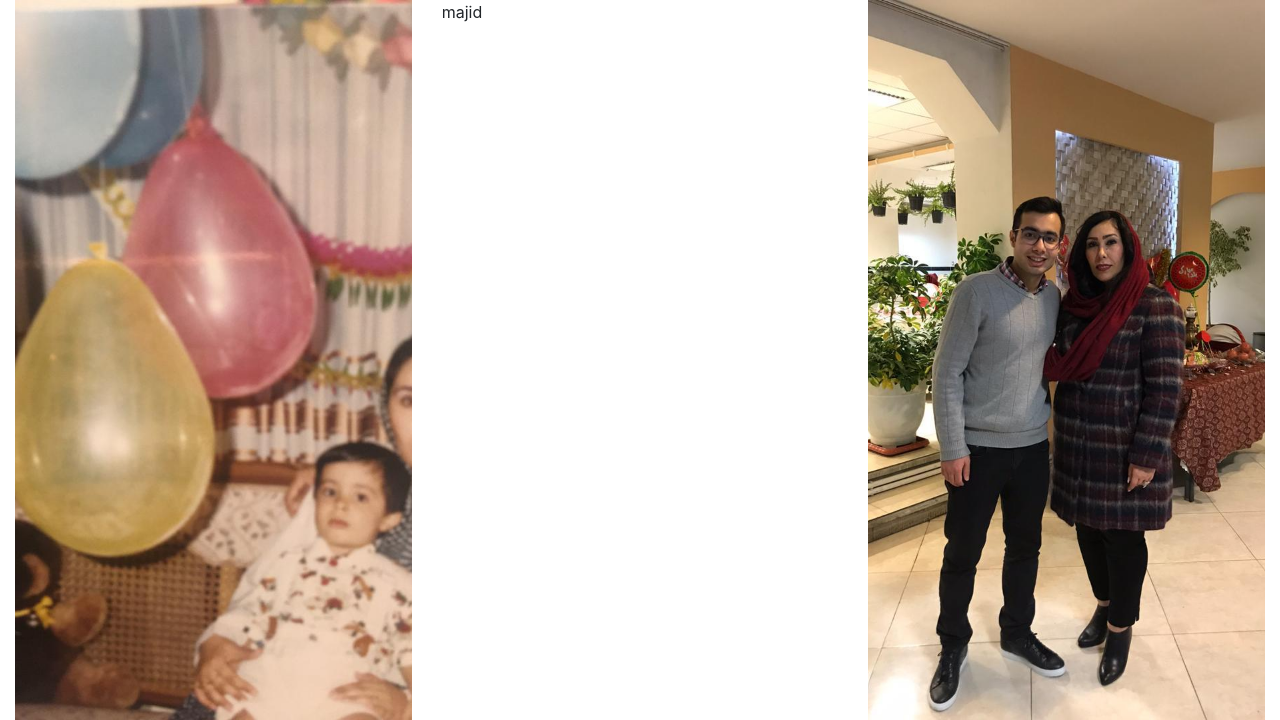
Repository: mirfarzam/mirfarzam.github.io
Page: khalelila/index.html
An editor plug-in stored every save of this project. The page is shown before and after the next save, followed by the edit.
The browser window is 1280 px wide. The pictures show the whole page.

Above is the page before, as saved 2020-04-30 21:12:39.

After the next save:
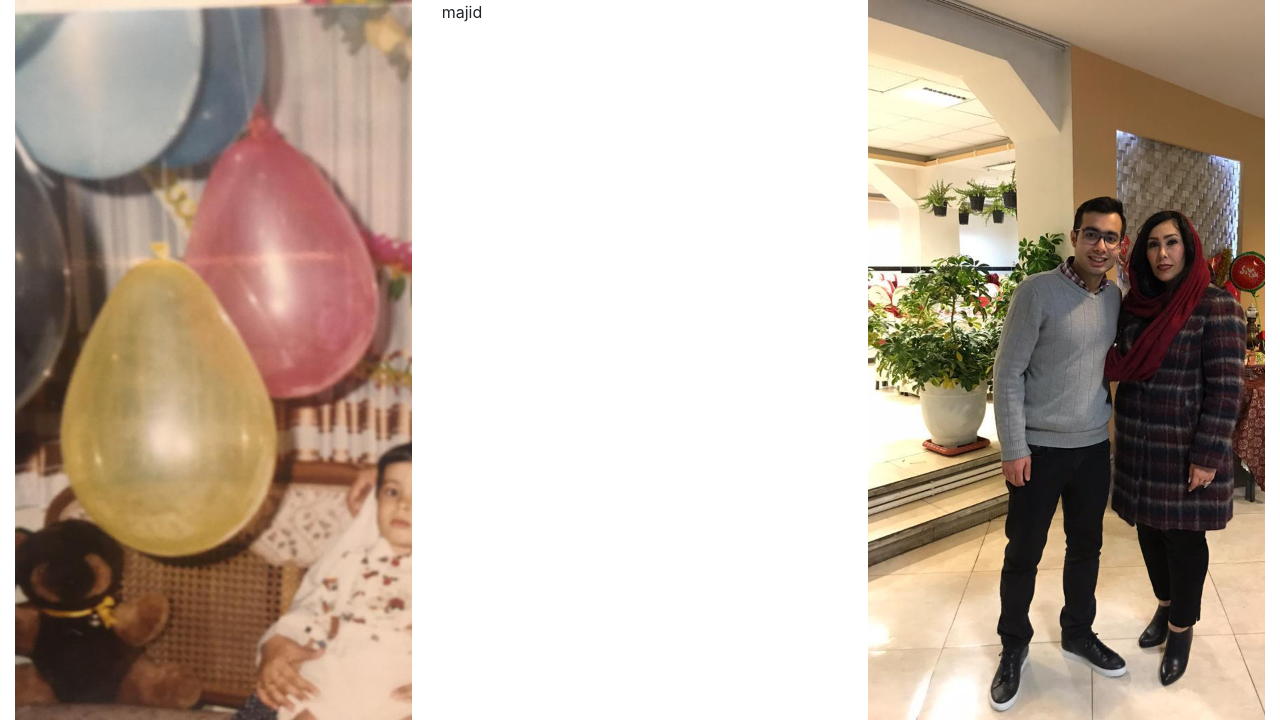
Saved 1 s later.
--- a/khalelila/index.html
+++ b/khalelila/index.html
@@ -28,7 +28,7 @@
     top:0;
     left:0;
     object-fit:cover;
-    object-position: -10p
+    object-position: -10px;
 }
 
 </style>
